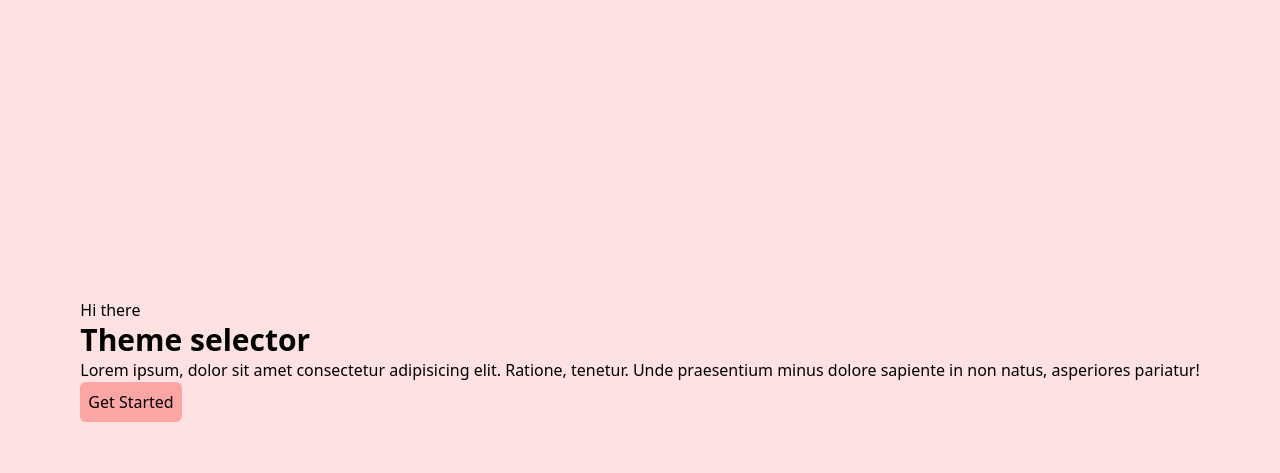
Repository: prince-bansal/tailwind-theme-switcher
Page: /
These files come from the project's save history. The page is drawn as it stood at one moment and after the next save; the edit follows.
The browser window is 1280 px wide. The pictures show the whole page.
The project was rebuilt for these pictures with package versions that can differ from the ones it lists, and the page was loaded fresh each time. Also part of the build but not shown: vite.config.ts, src/App.css.

Above is the page before, as saved 2024-03-17 19:08:27.

After the next save:
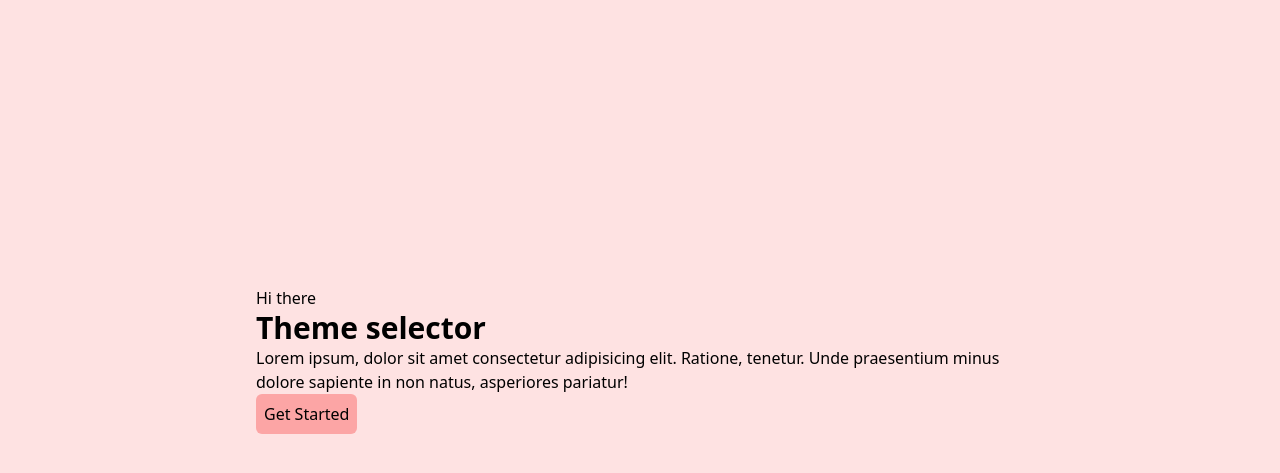
Saved 9 s later.
--- a/src/App.tsx
+++ b/src/App.tsx
@@ -4,7 +4,7 @@ function App() {
 
   return (
     <div className="bg-red-100 min-h-screen flex items-center justify-center">
-      <div>
+      <div className='w-[60%] m-auto'>
         <p>Hi there</p>
         <h1 className="text-3xl font-bold">Theme selector</h1>
         <p>
